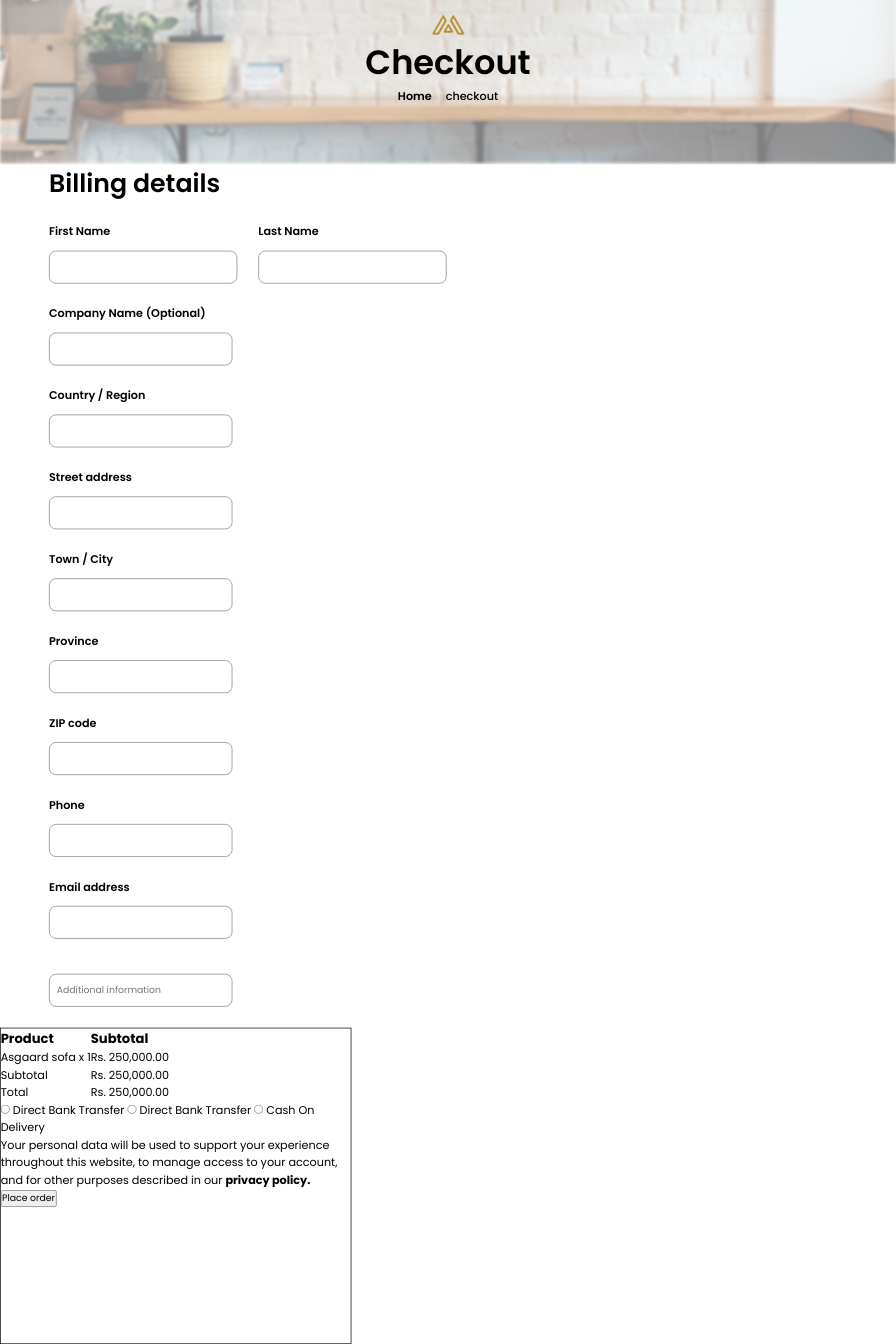
Repository: DT2301/project
Page: checkout.html
These files come from the project's save history. The page is drawn as it stood at one moment and after the next save; the edit follows.
The browser window is 1280 px wide. The pictures show the part of the page from y = 153 to 2073 px (the page is 2073 px tall), at 70% of full size.
A picture or video elsewhere on the page could not be fetched, so the positions and the page height are approximate.

Above is the page before, as saved 2024-01-08 11:53:35.

### checkout.html
<!DOCTYPE html>
<html lang="en">

<head>
    <meta charset="UTF-8">
    <meta name="viewport" content="width=device-width, initial-scale=1.0">
    <title>Document</title>
    <link rel="preconnect" href="https://fonts.googleapis.com">
    <link rel="preconnect" href="https://fonts.gstatic.com" crossorigin>
    <link
        href="https://fonts.googleapis.com/css2?family=Poppins:ital,wght@0,400;0,500;0,600;0,700;1,400;1,600;1,700&display=swap"
        rel="stylesheet">
    <link rel="stylesheet" href="checkout.css">
</head>

<body>
    <header>
        <div class="sidebar">
            <div class="logo">
                <a href=""> <img srcset="./image/logox2.png 2x" alt=""></a>
            </div>
            <ul class="sidebar__menu--center">
                <li class="menu menu--home">
                    <a href="#">Home</a>
                </li>
                <li class="menu menu--shop">
                    <a href="#">Shop</a>
                </li>
                <li class="menu menu--about">
                    <a href="#">About</a>
                </li>
                <li class="menu menu--contact">
                    <a href="#">Contact</a>
                </li>
            </ul>
            <ul class="sidebar__menu--icon">
                <li class="menu menu--user">
                    <a href="#">
                        <span>
                            <ion-icon name="person-outline"></ion-icon>
                        </span>
                    </a>
                </li>
                <li class="menu menu--search">
                    <a href="#">
                        <span>
                            <ion-icon name="search-outline"></ion-icon>
                        </span>
                    </a>
                </li>
                <li class="menu menu--heart">
                    <a href="#">
                        <span>
                            <ion-icon name="heart-outline"></ion-icon>
                        </span>
                    </a>
                </li>
                <li class="menu menu--cart">
                    <a href="#">
                        <span>
                            <ion-icon name="cart-outline"></ion-icon>
                        </span>
                    </a>
                </li>
            </ul>
        </div>
        <div class="background_cart">
            <div class="cart_infor">
                <img srcset="./image/logoFontx2.png 2x" alt="">
                <h3>Checkout</h3>
                <div>
                    <span>Home</span>
                    <ion-icon name="chevron-forward-outline"></ion-icon>
                    <span>checkout</span>
                </div>
            </div>
        </div>
    </header>

    <main>
        <div class="billingdetail">
            <h2>Billing details</h2>
            <div class="input input_name">
                <div>
                    <label>First Name</label>
                    <input type="text">
                </div>
                <div>
                    <label>Last Name</label>
                    <input type="text">
                </div>
            </div>
            <div class="input ">
                <label>Company Name (Optional)</label>
                <input type="text">
            </div>
            <div class="input ">
                <label>Country / Region</label>
                <input type="text">
            </div>
            <div class="input ">
                <label>Street address</label>
                <input type="text">
            </div>
            <div class="input ">
                <label>Town / City</label>
                <input type="text">
            </div>
            <div class="input ">
                <label>Province</label>
                <input type="text">
            </div>
            <div class="input ">
                <label>ZIP code</label>
                <input type="number">
            </div>
            <div class="input ">
                <label>Phone</label>
                <input type="number">
            </div>
            <div class="input ">
                <label>Email address</label>
                <input type="email">
            </div>
            <div class="input ">
                <input type="text" placeholder="Additional information">
            </div>
        </div>

        <div class="checkout">
            <div class="placeorder">
                <div class="product_checkout">
                    <h3>Product</h3>
                    <span>Asgaard sofa <label> x 1 </label> </span>
                    <span>Subtotal</span>
                    <span>Total</span>
                </div>
                <div class="subtotal_checkout">
                    <h3>Subtotal</h3>
                    <span>Rs. 250,000.00</span>
                    <span>Rs. 250,000.00</span>
                    <span>Rs. 250,000.00</span>
                </div>
            </div>
            <div>
                <span>
                    <input type="radio" name="" id="">
                    <label>Direct Bank Transfer</label>
                </span>
                <span>
                    <input type="radio" name="" id="">
                    <label>Direct Bank Transfer</label>
                </span>
                <span>
                    <input type="radio" name="" id="">
                    <label>Cash On Delivery</label>
                </span>
            </div>
            <p>Your personal data will be used to support your experience throughout this website, to manage access to
                your account, and for other purposes described in our <strong>privacy policy.</strong>
            </p>
            <button type="submit">Place order</button>
        </div>
    </main>
</body>

</html>

### checkout.css
* {
  padding: 0;
  margin: 0;
  font-family: "Poppins", sans-serif;
  color: black;
}

a,
ul {
  list-style: none;
  text-decoration: none;
}

.sidebar {
  display: flex;
  flex-direction: row;
  justify-content: center;
  align-items: center;
  background-color: white;
  width: 100%;
  height: 100px;
}

.logo {
  position: absolute;
  left: 50px;
}

.sidebar__menu--center {
  width: 30%;
  display: flex;
  justify-content: space-between;
  font-size: 16px;
  font-weight: 500;
  line-height: 24px;
}

.sidebar__menu--icon {
  display: flex;
  width: 15%;
  position: absolute;
  justify-content: space-between;
  right: 70px;
  font-size: 25px;
}

.background_cart {
  background-image: url(./image/background_cart.png);
  width: 100%;
  height: 18rem;
  background-size: cover;
}

.cart_infor img {
  width: 77px;
  height: 77px;
}

.cart_infor {
  display: flex;
  flex-direction: column;
  justify-content: center;
  align-items: center;
  padding-top: 50px;
}

.cart_infor h3 {
  margin-top: -20px;
  font-size: 48px;
  font-weight: 600;
  line-height: 72px;
  text-align: left;
}

.cart_infor div {
  display: flex;
  flex-direction: row;
  align-items: center;
}

.cart_infor ion-icon {
  margin-right: 10px;
  margin-left: 10px;
}

.cart_infor span {
  font-size: 16px;
  font-weight: 600;
  line-height: 24px;
  text-align: left;
}

.cart_infor span:last-child {
  font-weight: 500;
}

.billingdetail {
  display: flex;
  flex-direction: column;
  width: 610px;
  margin-left: 70px;
}

.billingdetail h2 {
  font-size: 36px;
  font-weight: 600;
  line-height: 54px;
  text-align: left;
  margin-bottom: 30px;
}

.billingdetail label {
  font-size: 16px;
  font-weight: 600;
  line-height: 24px;
  text-align: left;
  color: #000000;
}

.billingdetail .input_name {
  display: flex;
  flex-direction: row;
}

.billingdetail .input_name div {
  display: flex;
  flex-direction: column;
  margin-right: 30px;
}

.billingdetail .input_name div > input {
  height: 45px;
  border-radius: 10px;
  border: 1px solid grey;
  margin-top: 15px;
}

.billingdetail .input:not(:first-child) > input {
  width: 250px;
  height: 45px;
  border-radius: 10px;
  border: 1px solid grey;
  display: flex;
  margin-top: 15px;
  flex-direction: column;
}

.billingdetail > .input {
  margin-bottom: 30px;
}

.billingdetail .input:last-child > input {
    margin-top: 20px;
}

.billingdetail  input {
    padding-left: 10px;
}

.checkout{
    border: 1px solid black;
    width: 500px;
    height: 450px;
}

.checkout .placeorder {
    display: flex;
    flex-direction: row;
}

.checkout .placeorder div {
    display: flex;
    flex-direction: column;
}

.checkout .placeorder .product_checkout{

}

After the next save:
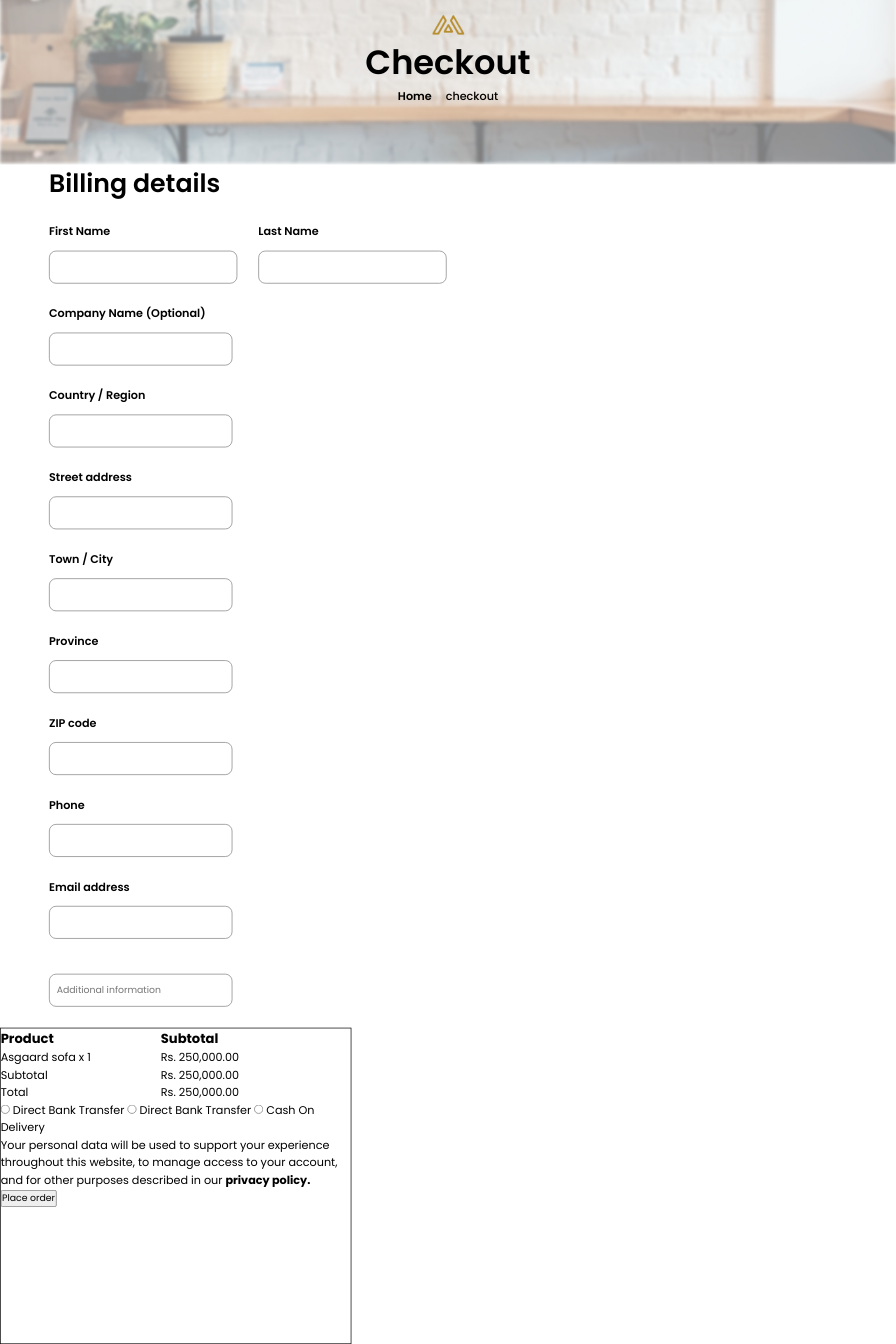
Saved 8 s later.
--- a/checkout.css
+++ b/checkout.css
@@ -174,5 +174,5 @@ ul {
 }
 
 .checkout .placeorder .product_checkout{
-
+  margin-right: 100px;
 }
